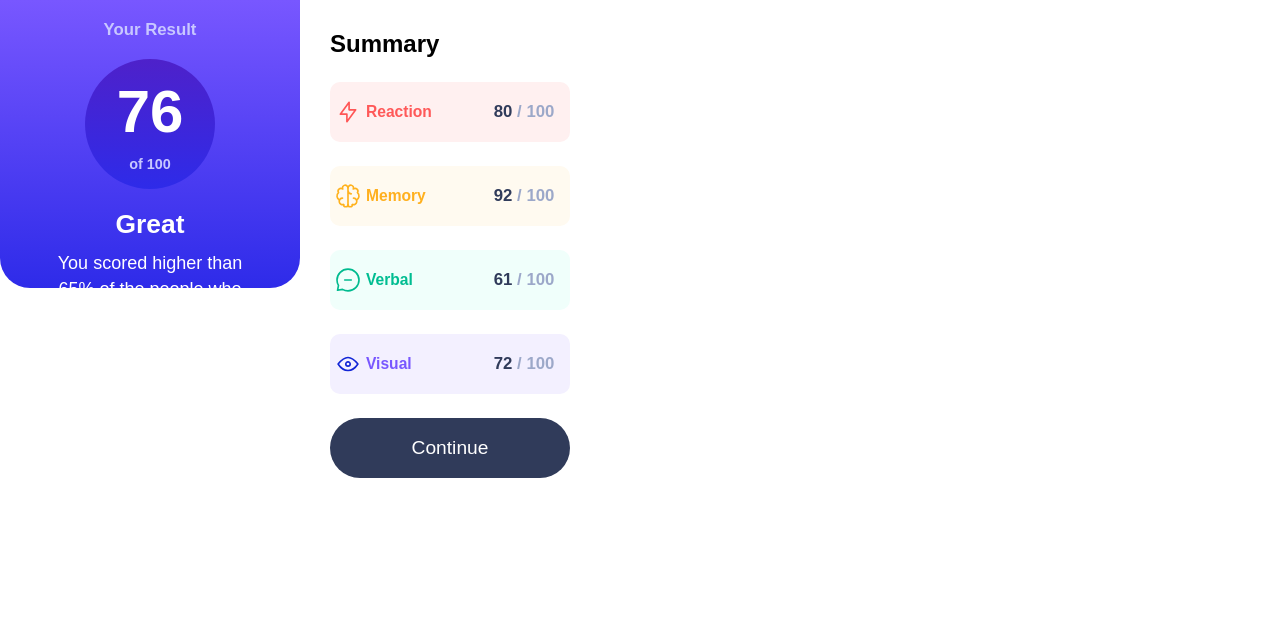
Repository: limaneto/frontend-mentor-results-summary
Page: index.html
The author's editor kept a copy of each file at every save. The page is drawn from the files as they stood at one save, then again after the next save.
The browser window is 1280 px wide. The pictures show the whole page.

Above is the page before, as saved 2023-11-06 10:27:48.

### index.html
<!DOCTYPE html>
<html lang="en">
  <head>
    <meta charset="UTF-8">
    <meta name="viewport" content="width=device-width, initial-scale=1.0">
    <link rel="stylesheet" href="style.css">
  </head>
  <body>
    <main>
      <section id='result'>
        <h1>Your Result</h1>
        <span id='score'>
          <h2>76</h2>
          <h3>of 100</h3>
        </span>
        <span id='score-message'>
          <h4>Great</h4>
          <h5>You scored higher than 65% of the people who have taken these tests.</h5>
        </span>
      </section>
      <summary>
        <h2>Summary</h2>
        <ul>
          <li id='reaction'>
            <img id='icons' src="./assets/images/icon-reaction.svg" alt="Lightning">
            Reaction
            <span>
              80 <span>/ 100</span>
            </span>
          </li>
          <li id='memory'>
            <img id='icons' src="./assets/images/icon-memory.svg" alt="Brain">
            Memory
            <span>
              92 <span>/ 100</span>
            </span>
          </li>
          <li id='verbal'>
            <img id='icons' src="./assets/images/icon-verbal.svg" alt="Cloud">
            Verbal
            <span>
              61 <span>/ 100</span>
            </span>
          </li>
          <li id='visual'>
            <img id='icons' src="./assets/images/icon-visual.svg" alt="Eye">
            Visual
            <span>
              72 <span>/ 100</span>
            </span>
          </li>
        </ul>
        <button>Continue</button>
      </summary>
    </main>
  </body>
</html>

### style.css
:root {
  --red: #ff5959;
  --orangey:	#ffb01f;
  --green: #00bd91;
  --blue: #1125d4;
  --pale-blue: #ebf1ff;
  --white: #ffffff;
  --dark-gray-blue: #303b5a;
  --lavender: #c8c7ff;
  --g-slate-blue: #7857ff;
  --g-royal-blue: #2e2be9;
  --g-violet-blue: #4e21ca;
  --g-persian-blue: #2421ca;
}

@font-face {
  font-family: 'HankenGrotesk', sans-serif;
  src: url(./assets/fonts//HankenGrotesk-VariableFont_wght.ttf);
}

* {
  box-sizing: border-box;
  margin: 0;
  padding: 0;
}

html, body {
  font-size: 62.5%;
  font-family: 'HankenGrotesk', sans-serif;
  height: 100vh;
  width: 100vw;
}

li {
  display: block;
}

main {
  height: 100%;
  width: 100%;
}

section {
  display: flex;
  flex-direction: column;
  align-items: center;
  justify-content: space-evenly;
  height: 40%;
  background: linear-gradient(0deg, var(--g-royal-blue), var(--g-slate-blue));
  border-bottom-left-radius: 30px;
  border-bottom-right-radius: 30px;
  color: var(--white);
}

section > h1 {
  font-size: 1.4rem;
  color: var(--lavender);
}

#score {
  display: flex;
  flex-direction: column;
  justify-content: center;
  gap: 10px;
  text-align: center;
  height: 130px;
  width: 130px;
  border-radius: 6rem;
  background: linear-gradient(180deg, var(--g-violet-blue), var(--g-royal-blue));
}

#score > h2 {
  font-size: 2rem;
  font-size: 5rem;
}

#score > h3 {
  font-size: 1.2rem;
  color: var(--lavender);
}

#score-message {
  height: 60px;
  text-align: center;
}

#score-message > h4 {
  font-size: 2.2rem;
}

#score-message > h5 {
  padding: 10px 4rem;
  line-height: 2.2rem;
  font-size: 1.5rem;
  font-weight: 400;
  margin-bottom: 10px;
}

summary {
  padding: 30px;
}

summary > h2 {
  font-size: 2rem;
}

summary > ul > li {
  font-size: 1.3rem;
  font-weight: bold;
  display: flex;
  align-items: center;
  width: 100%;
  height: 60px;
  border-radius: 10px;
  background-color: #00bd91;
  margin: 24px 0;
}

#reaction {
  color: var(--red);
  background-color: hsl(0, 100%, 97%);
}

#memory {
  color: var(--orangey);
  background-color: hsl(39, 100%, 97%);
}

#verbal {
  color: var(--green);
  background-color: hsl(166, 100%, 97%);
}

#visual {
  color: var(--g-slate-blue);
  background-color: hsl(252, 100%, 97%);
}

#icons {
  width: 15%;
  height: 2.2rem;
}

li > span {
  color: var(--dark-gray-blue);
  font-size: 1.4rem;
  margin-right: 1.3rem;
  margin-left: auto;
}

li > span > span {
  color: hsl(224, 30%, 70%);
}

summary > button {
  background-color: var(--dark-gray-blue);
  width: 100%;
  height: 60px;
  color: var(--white);
  border: none;
  border-radius: 3.2rem;
  font-size: 1.6rem;
}

@media screen and (min-width: 768px) {
  html, body {
    font-size: 75%;
  }

  main {
    max-width: 600px;
    display: grid;
    grid-template-columns: 1fr 1fr;
  }

}

After the next save:
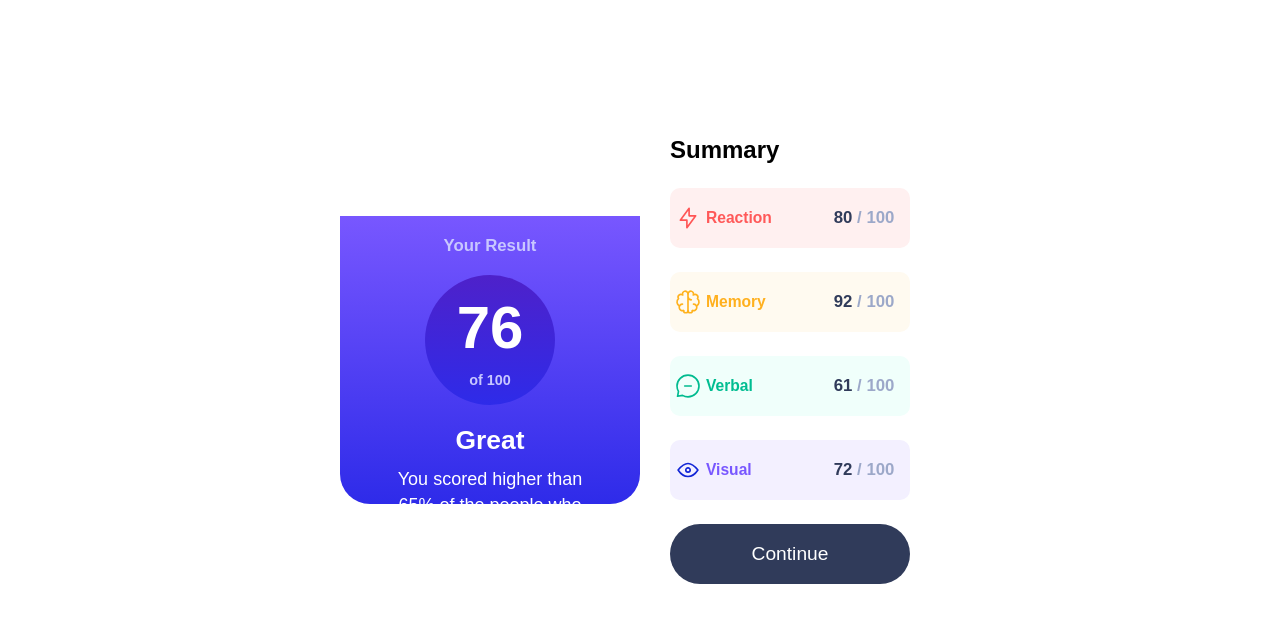
Saved 13 s later.
--- a/style.css
+++ b/style.css
@@ -170,6 +170,8 @@ summary > button {
   main {
     max-width: 600px;
     display: grid;
+    align-items: center;
+    justify-self: center;
     grid-template-columns: 1fr 1fr;
   }
 
